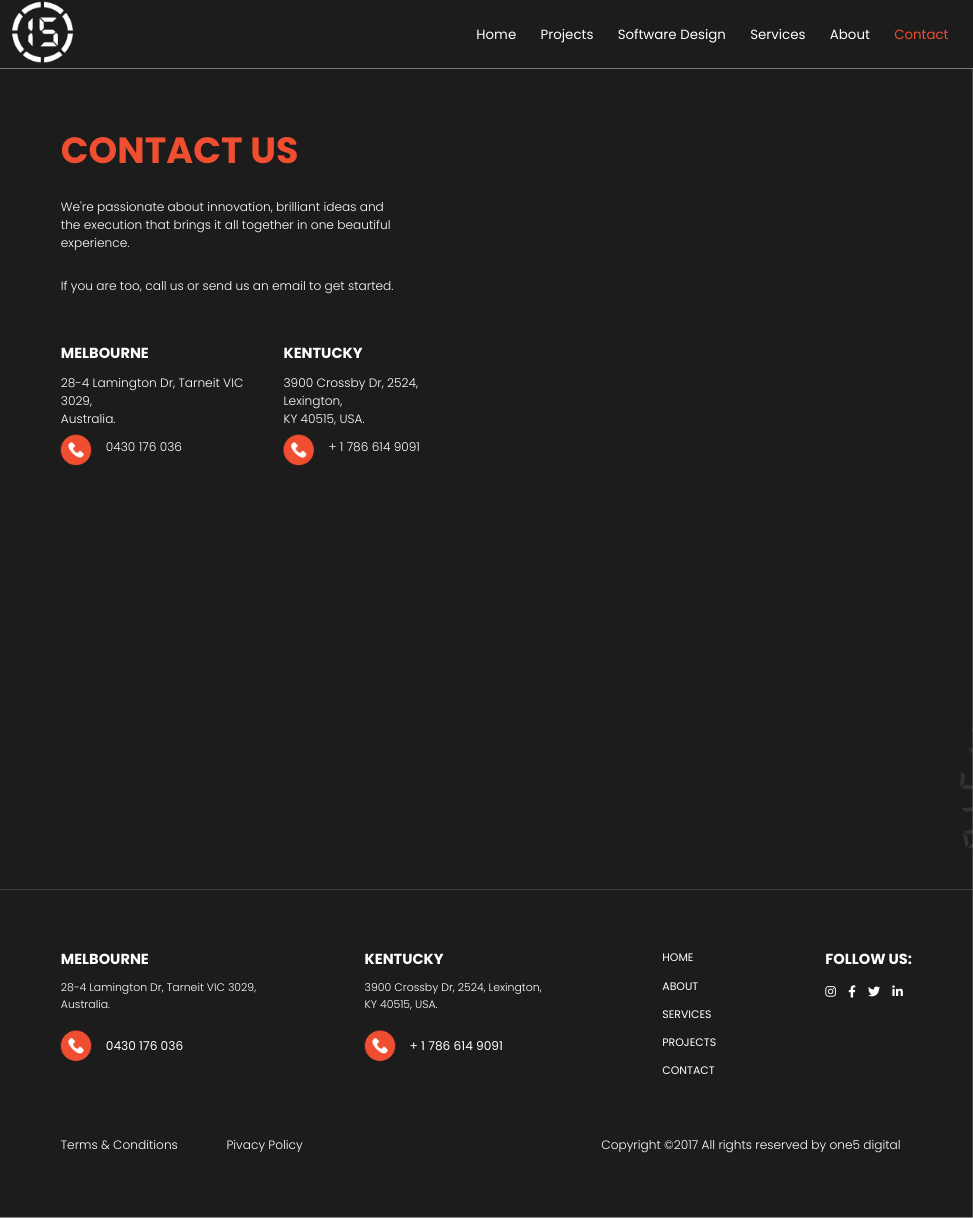
Repository: gopalpurohit54/one5
Page: /Contact
An editor plug-in stored every save of this project. The page is shown before and after the next save, followed by the edit.
The browser window is 1280 px wide. The pictures show the whole page, at 76% of full size.
The project was rebuilt for these pictures with package versions that can differ from the ones it lists, and the page was loaded fresh each time. Also part of the build but not shown: src/components/Button.js, src/components/HeroSection.css, src/components/HeroSection.js, src/components/OurProjects.css, src/components/OurProjects.js, src/components/OurServices.js, src/components/AboutUs.css, src/components/AboutUs.js and 30 more.

Above is the page before, as saved 2021-06-22 14:10:08.

After the next save:
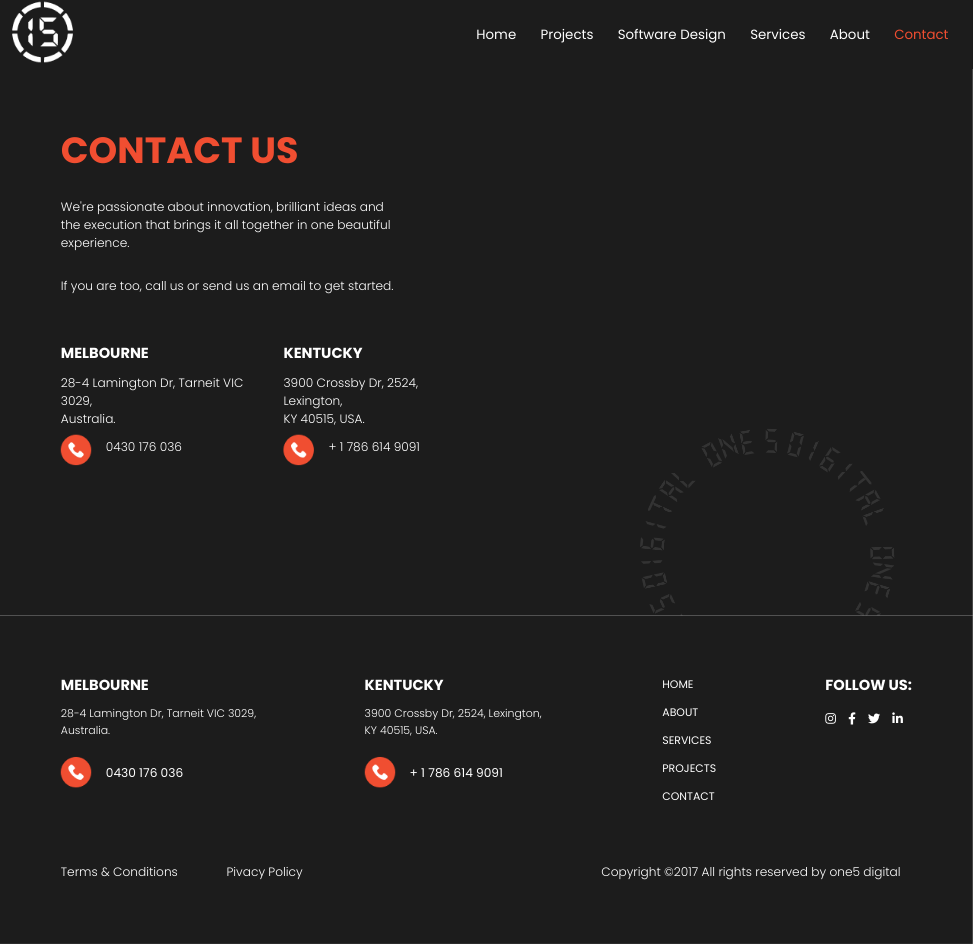
Saved 13 s later.
--- a/src/components/ContactPage.css
+++ b/src/components/ContactPage.css
@@ -1,6 +1,6 @@
 .contactpage {
     padding: 5rem;
-    height: 150vh;
+    height: 100vh;
     background-image: url('./assets/contact-bg.png');
     background-repeat: no-repeat;
     width: 100%;
